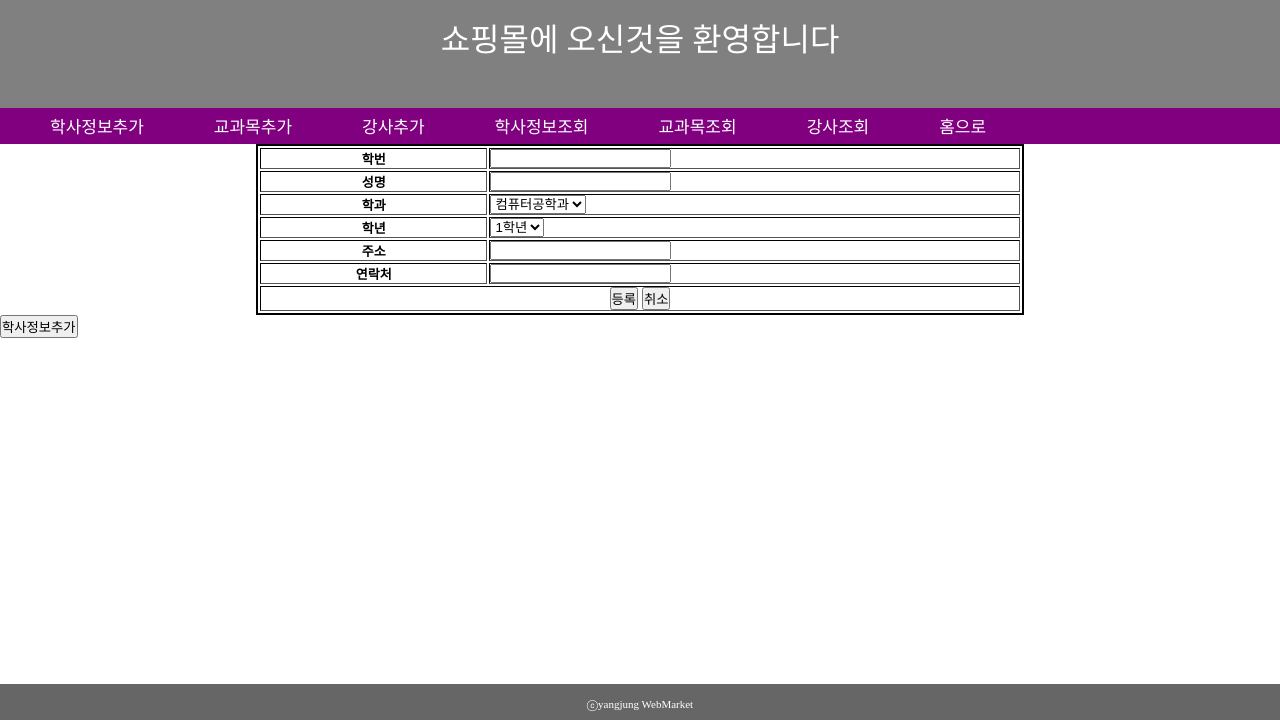
Repository: cccf777/-
Page: http://localhost/D0428/shop/hakInsert.jsp
The author's editor kept a copy of each file at every save. The page is drawn from the files as they stood at one save, then again after the next save.
The browser window is 1280 px wide. The pictures show the whole page.
The page is served by Tomcat 9.

Above is the page before, as saved 2021-04-28 01:28:58.

After the next save:
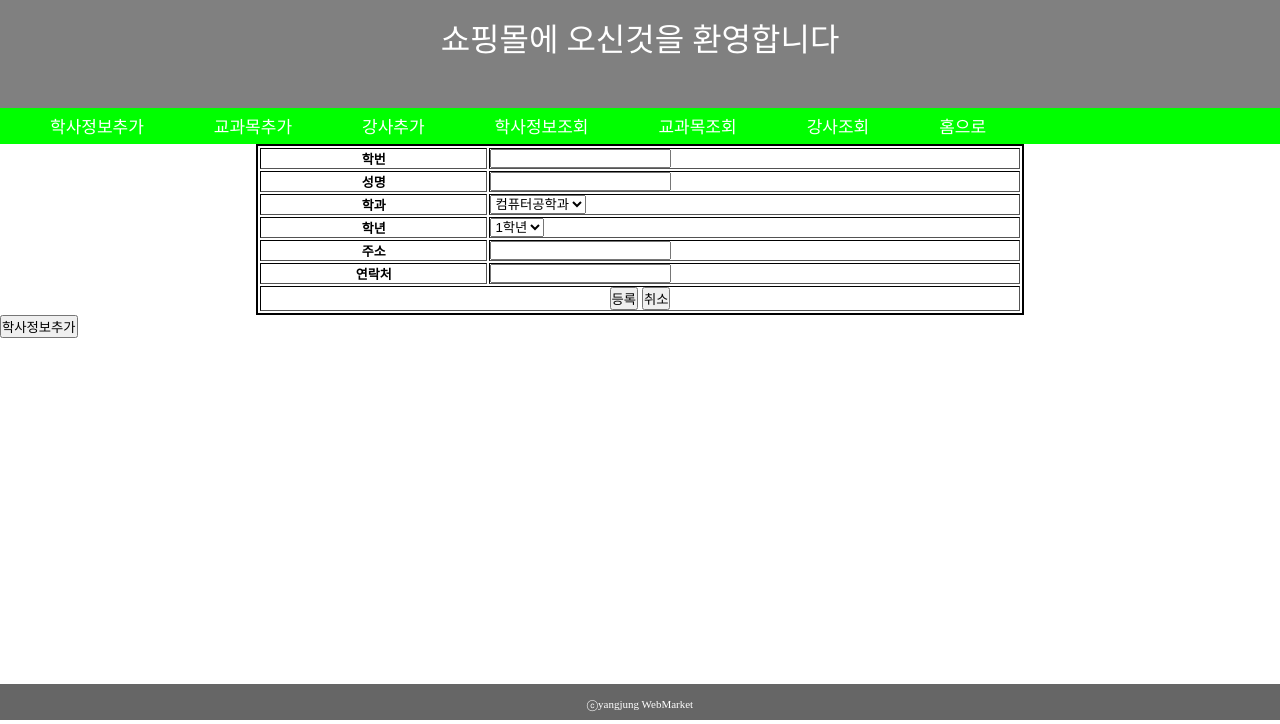
Saved 35 s later.
--- a/workspace/D0428/src/main/webapp/shop/common.css
+++ b/workspace/D0428/src/main/webapp/shop/common.css
@@ -19,7 +19,7 @@ footer{
 nav{
 	height:5%;
 	line-height:40px;
-	background:purple;
+	background:lime;
 	text-align:left;
 }
 nav ul{
